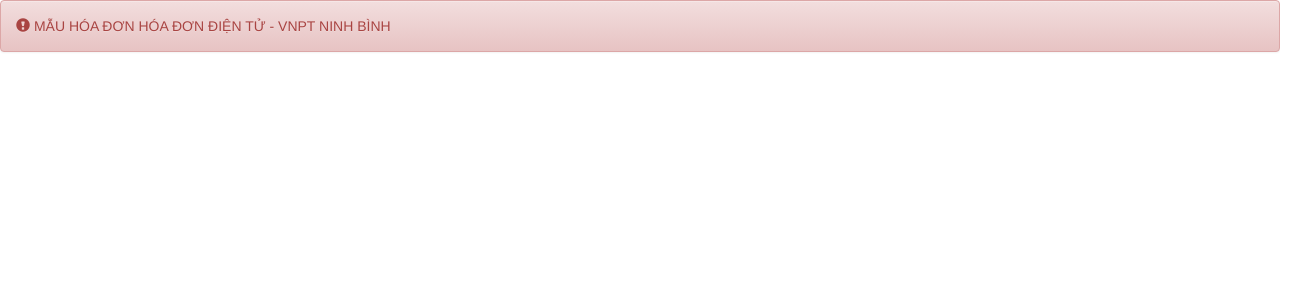
Repository: hoadonvnptninhbinh/hoadonvnptninhbinh
Page: index.html
An editor plug-in stored every save of this project. The page is shown before and after the next save, followed by the edit.
The browser window is 1280 px wide. The page is 1280 px wide, then 1295 px, so the pictures cover 1295 px, including what lies to the right of the window. The pictures show the whole page.

Above is the page before, as saved 2020-04-07 14:08:22.

### index.html
<!DOCTYPE html>
<html lang="en">
  <head>
    <meta charset="utf-8">
    <meta http-equiv="X-UA-Compatible" content="IE=edge">
    <meta name="viewport" content="width=device-width, initial-scale=1">
    <!-- The above 3 meta tags *must* come first in the head; any other head content must come *after* these tags -->
    <title>VNPT Ninh Bình - Mẫu Hóa Đơn HDĐT</title>

    <!-- Bootstrap -->
    <link href="plugin/bootstrap/css/bootstrap.min.css" rel="stylesheet">
    <link href="plugin/bootstrap/css/bootstrap-theme.min.css" rel="stylesheet">

  </head>
  <body>
      <div class="row">

      </div>
    <div class="alert alert-danger" role="alert">
        <span class="glyphicon glyphicon-exclamation-sign"></span>
        MẪU HÓA ĐƠN HÓA ĐƠN ĐIỆN TỬ - VNPT NINH BÌNH
      </div>
    <!-- jQuery (necessary for Bootstrap's JavaScript plugins) -->
    <script src="js/jquery.min.js"></script>
    <!-- Include all compiled plugins (below), or include individual files as needed -->
    <script src="plugin/bootstrap/js/bootstrap.min.js"></script>
  </body>
</html>

Loaded but not shown: plugin/bootstrap/css/bootstrap.min.css (library); plugin/bootstrap/css/bootstrap-theme.min.css (library); js/jquery.min.js (library); plugin/bootstrap/js/bootstrap.min.js (library)

After the next save:
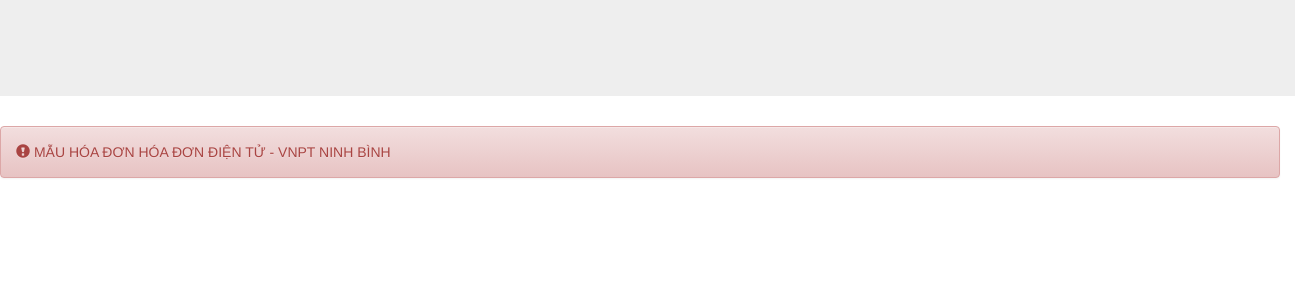
Saved 69 s later.
--- a/index.html
+++ b/index.html
@@ -13,8 +13,8 @@
 
   </head>
   <body>
-      <div class="row">
-
+      <div class="row jumbotron">
+        <div class="col"></div>
       </div>
     <div class="alert alert-danger" role="alert">
         <span class="glyphicon glyphicon-exclamation-sign"></span>
